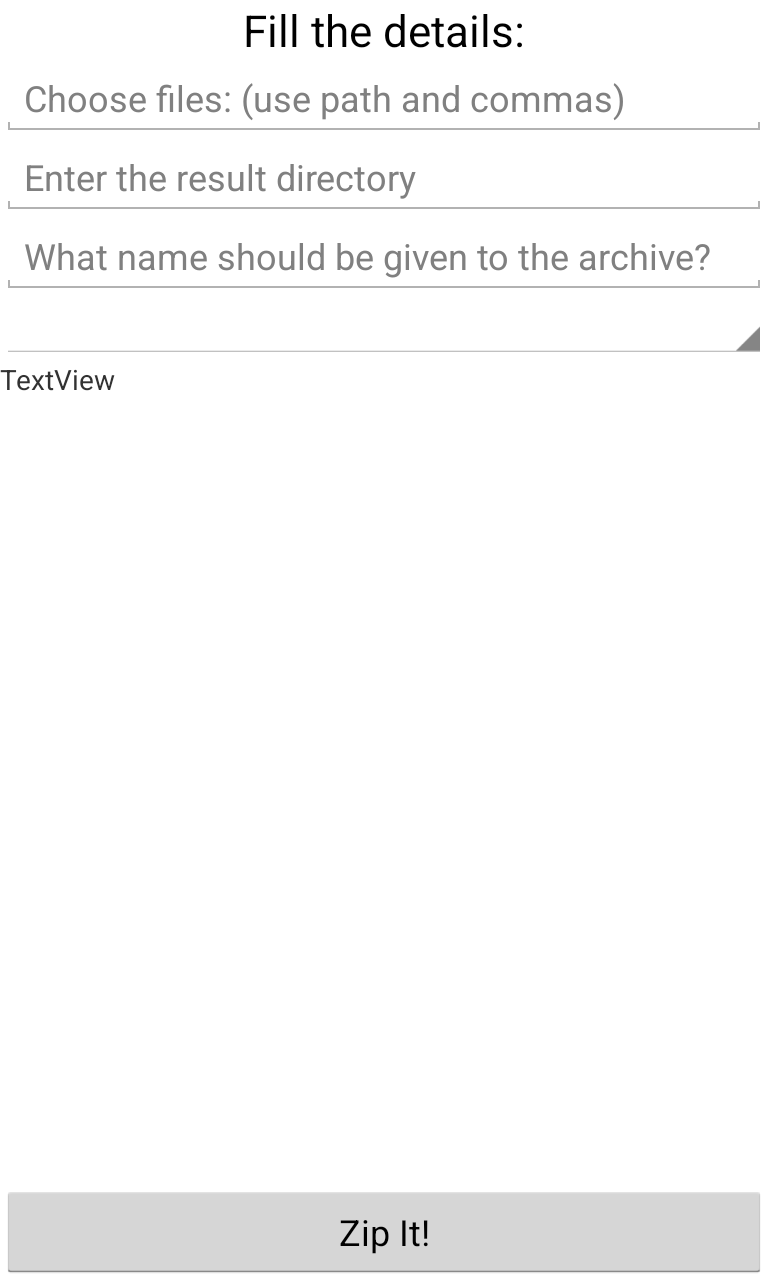
Repository: ya-ivanov/Android-Projects
Layout: Android Projects (OLD)/Zip It!/ZipIt/res/layout/activity_main.xml
The author's editor kept a copy of each file at every save. The layout is drawn from the files as they stood at one save, then again after the next save.
It is drawn on a 768 x 1280 px phone screen (xhdpi) without system bars, with theme AppTheme; the app's code is not run.

Above is the layout before, as saved 2013-12-11 20:25:59.

After the next save:
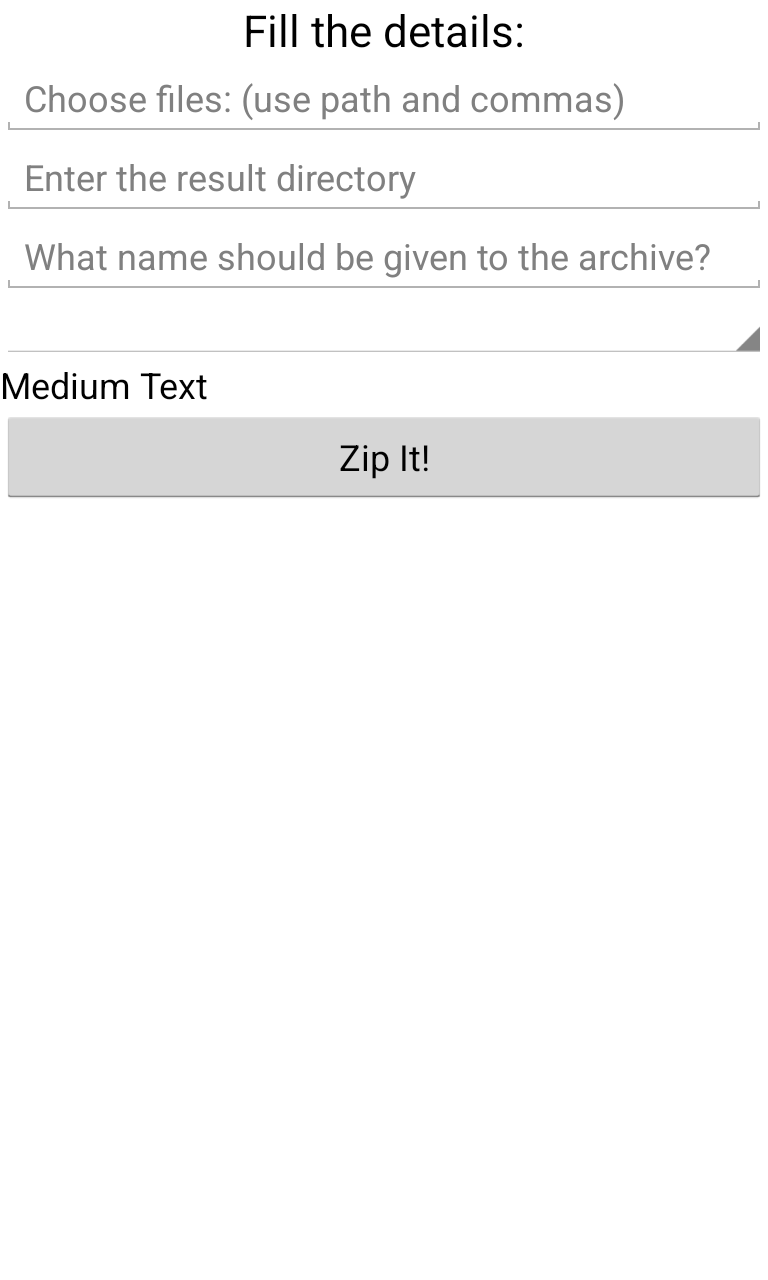
Saved 30 s later.
--- a/Android Projects (OLD)/Zip It!/ZipIt/res/layout/activity_main.xml
+++ b/Android Projects (OLD)/Zip It!/ZipIt/res/layout/activity_main.xml
@@ -44,8 +44,8 @@
         android:id="@+id/textView2"
         android:layout_width="match_parent"
         android:layout_height="wrap_content"
-        android:layout_weight="1.00"
-        android:text="TextView" />
+        android:text="Medium Text"
+        android:textAppearance="?android:attr/textAppearanceMedium" />
 
     <Button
         android:id="@+id/button1"

After the save that followed:
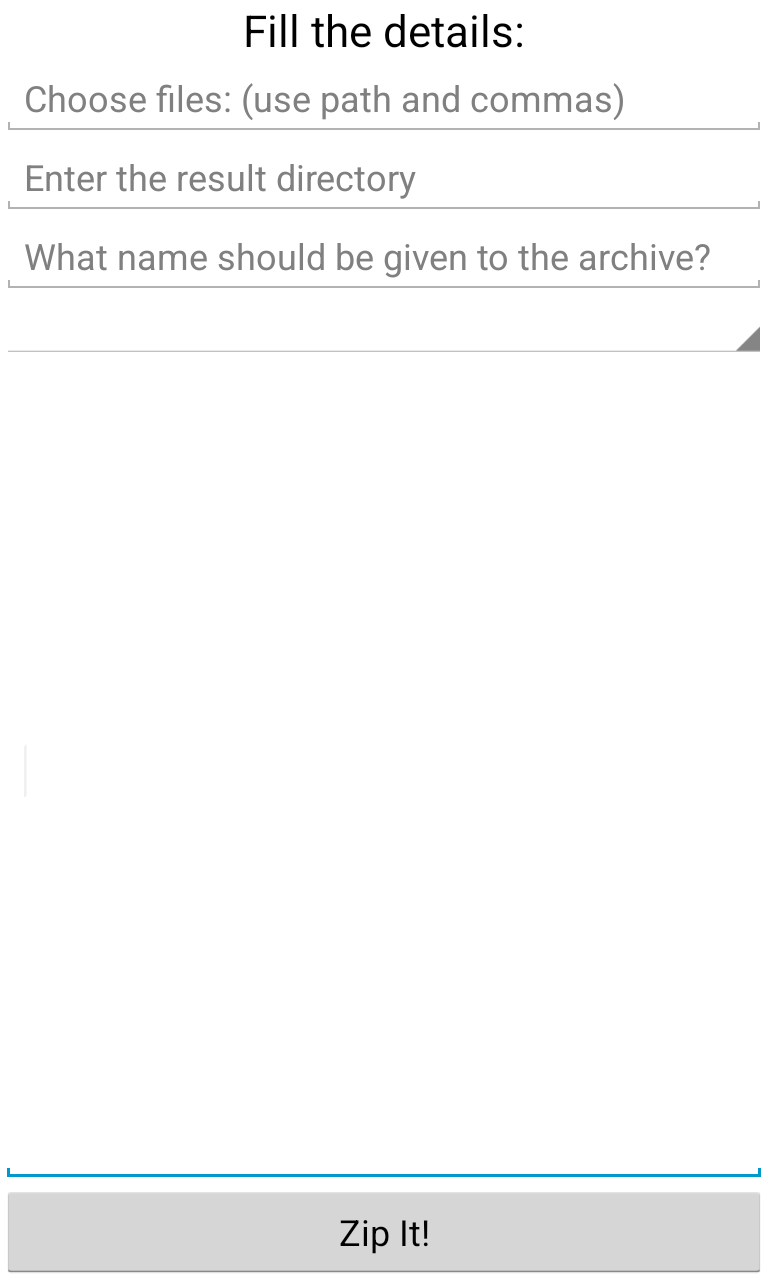
Saved 34 s later.
--- a/Android Projects (OLD)/Zip It!/ZipIt/res/layout/activity_main.xml
+++ b/Android Projects (OLD)/Zip It!/ZipIt/res/layout/activity_main.xml
@@ -40,12 +40,16 @@
         android:layout_width="fill_parent"
         android:layout_height="wrap_content" />
 
-    <TextView
-        android:id="@+id/textView2"
+    <EditText
+        android:id="@+id/editText1"
         android:layout_width="match_parent"
         android:layout_height="wrap_content"
-        android:text="Medium Text"
-        android:textAppearance="?android:attr/textAppearanceMedium" />
+        android:layout_weight="1"
+        android:ems="10"
+        android:inputType="textMultiLine" >
+
+        <requestFocus />
+    </EditText>
 
     <Button
         android:id="@+id/button1"
